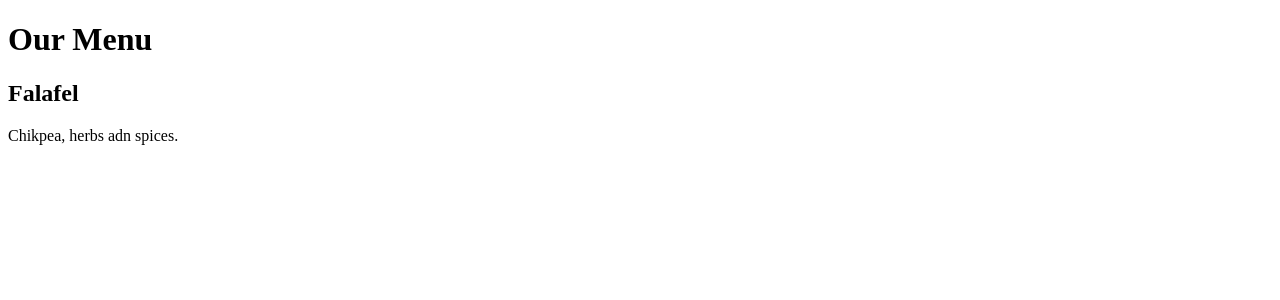
Repository: GiraldoNainggolan/Meta-Coursera
Page: Pengembang Front-End Meta/Modul 2/Mencoba/index.html
These files come from the project's save history. The page is drawn as it stood at one moment and after the next save; the edit follows.
The browser window is 1280 px wide. The pictures show the whole page.

Above is the page before, as saved 2025-01-25 18:01:10.

### Pengembang Front-End Meta/Modul 2/Mencoba/index.html
<!DOCTYPE html>
<html>
    <head>
        <title> Title Lemon</title>
    </head>
    <body>
        <h1>Our Menu</h1>
        <h2>Falafel</h2>
        <p>Chikpea, herbs adn spices.</p>
        <h2></h2>
    </body>
</html>

After the next save:
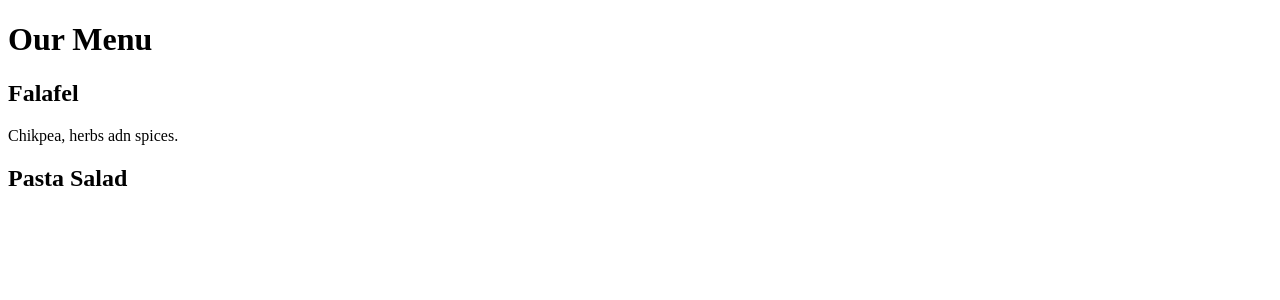
Saved 7 s later.
--- a/Pengembang Front-End Meta/Modul 2/Mencoba/index.html
+++ b/Pengembang Front-End Meta/Modul 2/Mencoba/index.html
@@ -7,6 +7,6 @@
         <h1>Our Menu</h1>
         <h2>Falafel</h2>
         <p>Chikpea, herbs adn spices.</p>
-        <h2></h2>
+        <h2>Pasta Salad</h2>
     </body>
 </html>
